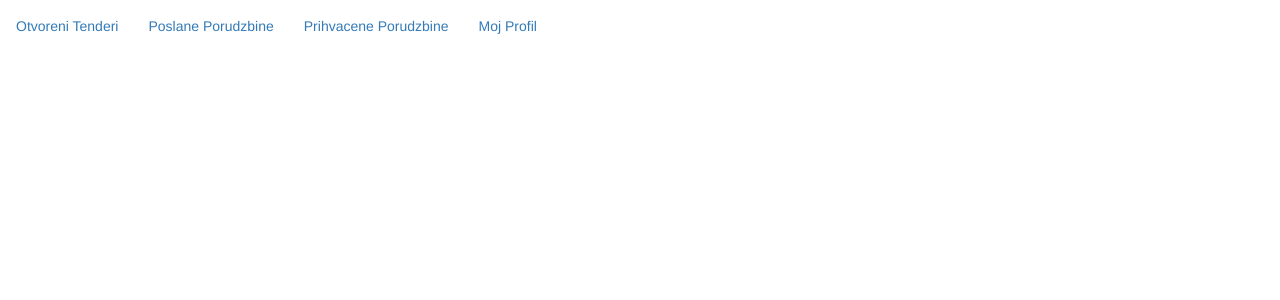
Repository: milanadam94/ISA-2016
Page: jpa-example/src/main/webapp/Offerer/Offerer.html
An editor plug-in stored every save of this project. The page is shown before and after the next save, followed by the edit.
The browser window is 1280 px wide. The pictures show the whole page.
Some web libraries are served in a nearby version.

Above is the page before, as saved 2017-03-01 06:42:51.

### jpa-example/src/main/webapp/Offerer/Offerer.html
<!DOCTYPE html>
<html>
<head>
<meta charset="ISO-8859-1">
<title>Ponudjac</title>

<!-- JQUERY -->
<script src="https://code.jquery.com/jquery-3.1.1.js" integrity="sha256-16cdPddA6VdVInumRGo6IbivbERE8p7CQR3HzTBuELA=" crossorigin="anonymous"></script>

<!-- BOOTSTRAP CSS -->
<link rel="stylesheet" href="https://maxcdn.bootstrapcdn.com/bootstrap/3.3.7/css/bootstrap.min.css" integrity="sha384-BVYiiSIFeK1dGmJRAkycuHAHRg32OmUcww7on3RYdg4Va+PmSTsz/K68vbdEjh4u" crossorigin="anonymous">

<!-- BOOTSTRAP THEME -->
<link rel="stylesheet" href="https://maxcdn.bootstrapcdn.com/bootstrap/3.3.7/css/bootstrap-theme.min.css" integrity="sha384-rHyoN1iRsVXV4nD0JutlnGaslCJuC7uwjduW9SVrLvRYooPp2bWYgmgJQIXwl/Sp" crossorigin="anonymous">

<!-- BOOTSTRAP JS -->
<script src="https://maxcdn.bootstrapcdn.com/bootstrap/3.3.7/js/bootstrap.min.js" integrity="sha384-Tc5IQib027qvyjSMfHjOMaLkfuWVxZxUPnCJA7l2mCWNIpG9mGCD8wGNIcPD7Txa" crossorigin="anonymous"></script>

<!-- ANGULAR JS -->
<script src="https://ajax.googleapis.com/ajax/libs/angularjs/1.6.1/angular.js"></script>

<script src="/JQuery-cookie-plugin/jquery.cookie.js"></script>

<!-- TOASTR -->
<!-- <script src="https://cdnjs.cloudflare.com/ajax/libs/toastr.js/latest/css/toastr.css"></script> -->

</head>
<body ng-app="offererApp" ng-controller="offererControler">
	<nav id="myNavbar" class="navbar">
		<ul class="nav navbar-nav">
			<li><a ng-click="tender()" >Otvoreni Tenderi</a></li>
			<li><a ng-click="sended()" >Poslane Porudzbine</a></li>
			<li><a ng-click="accepted()" >Prihvacene Porudzbine</a></li>
			<li><a ng-click="account()" >Moj Profil</a></li>
		</ul>
	</nav>
	<div>
		<!--  TENDERS  -->
		<!--  ====================================================== -->
		<div ng-show="tendersShow">

		<label class="control-label col-sm-5" for="description">Kreirajte Vasu Ponudu:</label> <br/><br/><br/>

		<form class="form-horizontal">

				<div class="form-group">
				<label class="control-label col-sm-2" >Cena:</label> <div class="col-sm-5"><input min=0 type="number" class="form-control" ng-model="newOfferings.price"></div>
				</div> <br/>

				<div class="form-group">
				<label class="control-label col-sm-2" >Dostavljen do: </label><div class="col-sm-5"><input type="date" class="form-control" ng-model="newOfferings.deliveryDate" ></div>
				</div> <br/>

				<div class="form-group">
				<div class="col-sm-10"><textarea class="form-control" rows="5"  ng-model="newOfferings.description" class="form-control" placeholder="Unesite opis..."></textarea></div>
				</div>

				<br/><br/><br/>

		</form>

			<div ng-repeat="i in activeTenders | orderBy:'restaurant.name'">
				<label>{{i.restaurant.name}} ({{i.startDate | date: 'yyyy/MM/dd'}} - {{i.endDate | date: 'yyyy/MM/dd'}}) </label><br/>
				<label>Opis: {{i.description}} </label>
				<br/><br/>
				<button type="submit" class="btn btn-success" ng-click="createNewOfferings( i.id )" >Posalji</button>
				<br/><br/><br/><br/>

			</div>

		</div>


  		<!--  POSLATE PORuDZBINE  -->
  		<div ng-show="sendedShow">

			<form class="form-horizontal">
			<div ng-repeat="i in myAllOfferings | orderBy:'tender.restourant.name'">
				<div ng-if="i.tender.expired != 1 && i.tender.endDate > today">


				<div class="form-group">
				<label class="control-label col-sm-5">{{i.tender.restaurant.name}} ({{i.tender.startDate | date: 'yyyy/MM/dd'}} - {{i.tender.endDate | date: 'yyyy/MM/dd'}}) </label><br/>
				</div>

				<div class="form-group">
				<label class="control-label col-sm-4">Opis: {{i.tender.description}} </label><br/><br/>
				</div>

				<div class="form-group">
				<label class="control-label col-sm-2">Cena: </label><div class="col-sm-5"><input min=0 class="form-control" type="number" ng-model="i.price" value="{{i.price}}"></input> </div><br/>
			    </div>

			    <div class="form-group">
				<label class="control-label col-sm-2">Dostavljeno do:</label> <div class="col-sm-5"><input class="form-control" type="date" value="{{i.deliveryDate | date: 'yyyy-MM-dd'}}" ng-model="i.deliveryDate" ></input></div><br/>
				 </div>

			 	<div class="form-group">
				<label class="control-label col-sm-2">Opis: </label><div class="col-sm-5"><textarea class="form-control" rows="7" cols="100"  ng-model="i.description" placeholder="{{i.description}}"></textarea></div>
				</div>
				<br/>


				<div class="form-group">
				<div class="col-sm-offset-2 col-sm-10"><button type="submit" class="btn btn-warning" ng-click="changeOfferings( i.id )"  >Promeni</button>
							<button type="submit" class="btn btn-danger" ng-click="deleteOfferings( i.id )">Izbrisi</button>
				</div>

				</div>



			 	</div>




				<div ng-if="i.tender.expired == 1 || i.tender.endDate < today">

				<div class="form-group">
				<label class="control-label col-sm-5">{{i.tender.restaurant.name}} ({{i.tender.startDate | date: 'yyyy/MM/dd'}} - {{i.tender.endDate | date: 'yyyy/MM/dd'}}) </label><br/>
				</div>

				<div class="form-group">
				<label class="control-label col-sm-4">Opis: {{i.tender.description}} </label><br/>
				</div>

				<div class="form-group">
				<label class="control-label col-sm-4">Cena: {{i.price}} </label><br/>
			 	</div>

			    <div class="form-group">
				<label class="control-label col-sm-4">Dostavljeno do: {{i.deliveryDate | date: 'yyyy-MM-dd'}}</label><br/>
			 	</div>

			 	<div class="form-group">
				<label class="control-label col-sm-4">Opis: {{i.description}}</label>
				</div>
				</div>

			<br/><br/><br/><br/>

		</div>
		</form>
		</div>



		<!--  PRIHVACENE PORUDZBINE -->
		<!--  ================================ -->
		<div ng-show="acceptedShow">


		</div>



		<!--  PO SMENAMA -->
		<!--  ================================ -->
		<div  ng-show="accountShow">

		</div>


	</div>

</body>


<!-- ANGULAR SCRIPT -->
<script src="Offerer.js"></script>
</html>

### jpa-example/src/main/webapp/Offerer/Offerer.js
angular.element(document).ready(function () {
    console.log('page loading completed');
});
var offererApp = angular.module('offererApp', []).config(['$qProvider', '$httpProvider', function ($qProvider, $httpProvider)  {
    $qProvider.errorOnUnhandledRejections(false);

}]).run(['$rootScope', '$http', '$window', function ($rootScope, $http, $window) {

	//namestiti dole u funckcijama gde treba user.email kada se ovo namesti!
	if (typeof $.cookie('user') !== 'undefined') {
		$scope.user = JSON.parse($.cookie('user'));

		if(user.userType == "GUEST") {
			$window.location.href = "/GuestPage/GuestPage.html";
		}
		// DALJE
	}

}]);


offererApp.controller('offererControler', [ '$scope', 'tenderService', 'acceptedService', 'accountService', function($scope, tenderService, acceptedService, accountService){

	$scope.today = new Date();

	setShows = function(tendersShow, acceptedShow, accountShow, sendedShow){
		$scope.tendersShow = tendersShow;
		$scope.acceptedShow = acceptedShow;
		$scope.accountShow = accountShow;
		$scope.sendedShow = sendedShow;
	}
	setShows(false,false,false,false);

	// TENDER METODE

	$scope.newOfferings={
			description : "",
			price : 0,
			deliveryDate: ""
	}


	$scope.tender = function(){
		setShows(true,false,false,false);

		tenderService.getActiveTenders().then(
				function(response){
					$scope.activeTenders = response.data;
				}
		);

	}

	$scope.createNewOfferings = function(tenderID){
		if($scope.newOfferings.price < 0 || $scope.newOfferings.deliveryDate == "" || $scope.newOfferings.deliveryDate < new Date()){
			alert("Cena ne sme biti manja od nule i morate predefinisati datum dostavljanja u buducnosti")
			return;
		}

		tenderService.createNewOfferings($scope.newOfferings, tenderID);

	}

	//SENDED
	$scope.sended = function(){
		setShows(false,false,false,true);

		tenderService.getMyAllOfferings().then(
				function(response){
					$scope.myAllOfferings = response.data;

					angular.forEach($scope.myAllOfferings, function(value,key){
						value.deliveryDate = new Date(value.deliveryDate);
					});

				}
		);

	}


	$scope.deleteOfferings = function (offeringID){
		tenderService.deleteOfferings(offeringID);
		location.reload();
	}

	$scope.changeOfferings = function (offeringID){


		angular.forEach($scope.myAllOfferings, function(values, key){

			if(values.id == offeringID){

				if(values.price < 0 || values.deliveryDate == "" || values.deliveryDate < new Date()){
					alert("Cena ne sme biti manja od nule i morate predefinisati datum dostavljanja u buducnosti")
					return;
				}

				tenderService.changeOfferings(values).then(
						function(response){
							alert(response.data);
							location.reload();

						}
					);

			}

		});




	}


	// ACCEPTED METODE
	$scope.accepted = function(){
		setShows(false,true,false,false);
	}


	// ACCOUNT METODE
	$scope.account = function(){
		setShows(false,false,true,false);
	}




}]);



offererApp.service('tenderService',['$window', '$http', function($window, $http){

	this.getActiveTenders = function(){
		return $http({
			  method: 'GET',
		      url : "../offerer/getActiveTenders"
		});
	}

	this.getMyAllOfferings = function(){
		return $http({
			method: 'GET',
			url: "../offerer/getMyAllOfferings/2" //=============================================== nemstiti korisnikov email
		});
	}

	this.createNewOfferings = function(newOfferings, tenderID){
		$http({
			  method: 'POST',
			  data: newOfferings,
		      url : "../offerer/createNewOfferings/" + tenderID + "/2" // ============================= ubaciti korisnikov email
		}).then(function success(response) {
				alert(response.data);
				location.reload();
		  }, function error(response) {
			  	alert("Error!");
		  }
		);
	}


	this.deleteOfferings = function(offeringID){

		$http({
			  method: 'DELETE',
		      url : "../offerer/deleteOfferings/" + offeringID
		});
	}

	this.changeOfferings = function(offering){
		return $http({
			  method: 'PUT',
			  data: offering,
		      url : "../offerer/changeOfferings"
		});

	}

}]);

offererApp.service('acceptedService',['$window', '$http', function($window, $http){



}]);


offererApp.service('accountService',['$window', '$http', function($window, $http){



}]);

Loaded but not shown: jpa-example/src/main/webapp/JQuery-cookie-plugin/jquery.cookie.js (library)

After the next save:
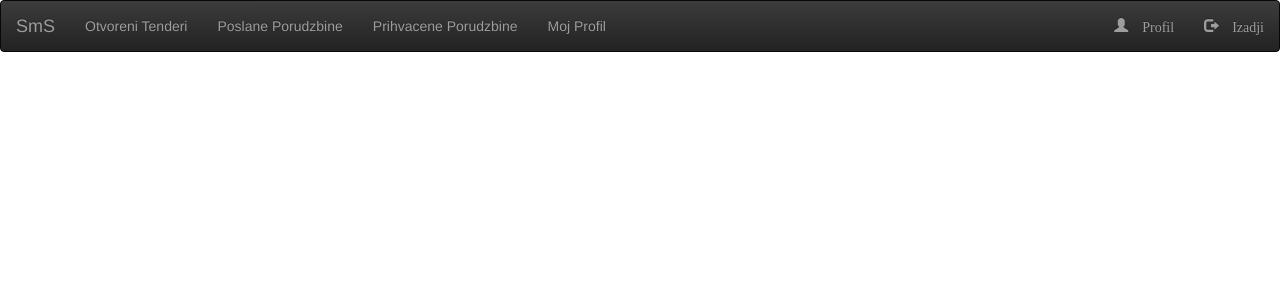
Saved 2 h 6 min later.
--- a/jpa-example/src/main/webapp/Offerer/Offerer.html
+++ b/jpa-example/src/main/webapp/Offerer/Offerer.html
@@ -26,14 +26,27 @@
 
 </head>
 <body ng-app="offererApp" ng-controller="offererControler">
-	<nav id="myNavbar" class="navbar">
+
+	<nav id="myNavbar" class="navbar navbar-inverse">
+		<div class="container-fluid">
+			<div class="navbar-header">
+				<a class="navbar-brand">SmS</a>
+			</div>
 		<ul class="nav navbar-nav">
-			<li><a ng-click="tender()" >Otvoreni Tenderi</a></li>
+		<li><a ng-click="tender()" >Otvoreni Tenderi</a></li>
 			<li><a ng-click="sended()" >Poslane Porudzbine</a></li>
 			<li><a ng-click="accepted()" >Prihvacene Porudzbine</a></li>
 			<li><a ng-click="account()" >Moj Profil</a></li>
 		</ul>
+		<ul class="nav navbar-nav navbar-right">
+			<li><a href="#"><span class="glyphicon glyphicon-user"> Profil</span> </a>
+			<li><a href="#"><span class="glyphicon glyphicon-log-out"> Izadji </span> </a>
+		</ul>
+
+		</div>
 	</nav>
+
+
 	<div>
 		<!--  TENDERS  -->
 		<!--  ====================================================== -->
